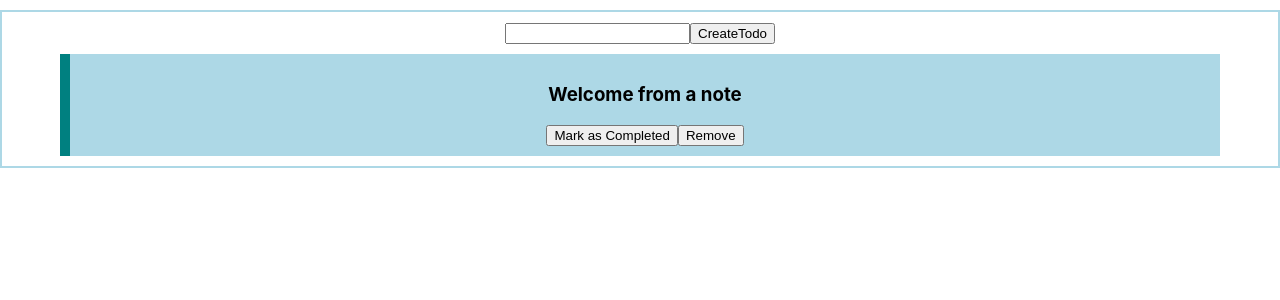
Repository: CaptainStorm21/react-ecosystem-course
Page: /
An editor plug-in stored every save of this project. The page is shown before and after a run of saves, followed by the edit.
The browser window is 1280 px wide. The pictures show the whole page.
The project was rebuilt for these pictures with package versions that can differ from the ones it lists, and the page was loaded fresh each time.

Above is the page before, as saved 2020-05-30 17:42:32.

After the next 3 saves:
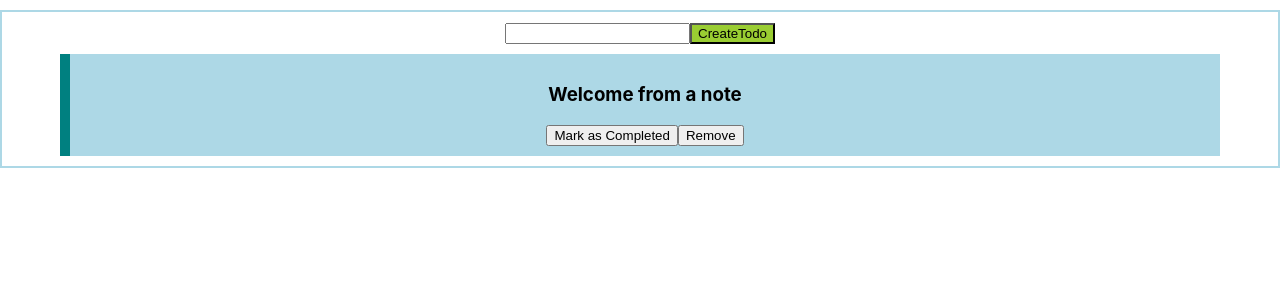
The 3 saves are shown as one change because they came seconds apart.
The last was saved 12 s later.
--- a/src/todos/NewTodoForm.css
+++ b/src/todos/NewTodoForm.css
@@ -8,5 +8,5 @@
 }
 
 .newTodo{
-    background-color:
+    background-color: yellowgreen;
 }
